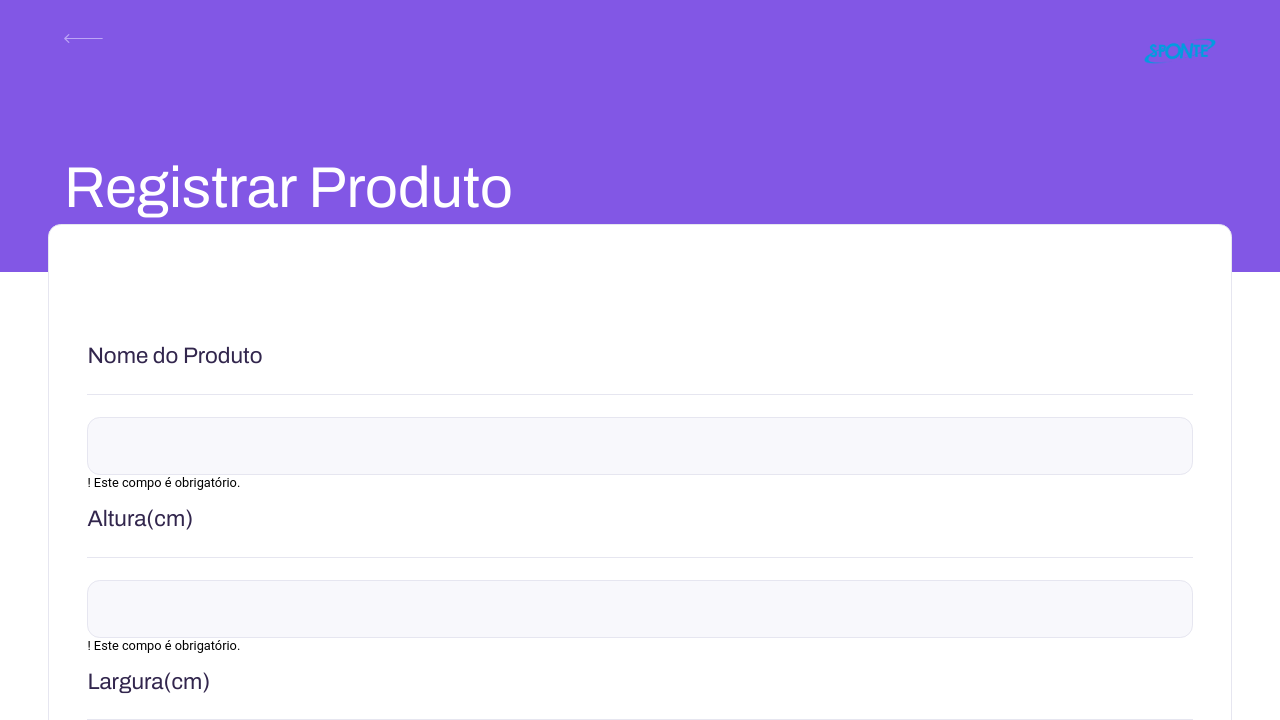
Repository: Henrique-Hoi-Dev/avalia-o-front-end
Page: /record-product (app in web/)
These files come from the project's save history. The page is drawn as it stood at one moment and after the next save; the edit follows.
The browser window is 1280 px wide. The pictures show the whole page.
An inner scrolling area shows only its first screen. The project was rebuilt for these pictures with package versions that can differ from the ones it lists, and the page was loaded fresh each time. Also part of the build but not shown: web/src/pages/Home/styles.js, web/src/pages/Home/index.js, web/src/components/HeaderList/styles.js, web/src/components/HeaderList/index.js, web/src/pages/ListProduct/styles.js, web/src/pages/ListProduct/index.js.

Above is the page before, as saved 2020-09-01 21:20:48.

### web/public/index.html
<!DOCTYPE html>
<html lang="en">
  <head>
    <meta charset="utf-8" />
    <link rel="icon" href="%PUBLIC_URL%/favicon.ico" />
    <meta name="viewport" content="width=device-width, initial-scale=1" />
    <meta name="theme-color" content="#000000" />
    <meta
      name="description"
      content="Web site created using create-react-app"
    />
    <link
      href="https://fonts.googleapis.com/css2?family=Archivo:ital,wght@0,400;1,700&family=Poppins&display=swap"
      rel="stylesheet"
    />

    <title>Controle de estoque</title>
  </head>
  <body>
    <noscript>You need to enable JavaScript to run this app.</noscript>
    <div id="root"></div>
  </body>
</html>

### web/src/App.js
import React from 'react';
import Routes from './routes';

import GlobalStyle from './styles/global';

function App() {
  return (
    <>
      <Routes />
      <GlobalStyle />
    </>
  );
}

export default App;

### web/src/routes.js
import React from 'react';
import { BrowserRouter, Route } from 'react-router-dom';

import Home from './pages/Home';
import ListProduct from './pages/ListProduct';
import RegistrationProduct from './pages/RegistrationProduct';

function Routes() {
  return (
    <BrowserRouter>
      <Route path="/" exact component={Home} />
      <Route path="/list" component={ListProduct} />
      <Route path="/record-product" component={RegistrationProduct} />
    </BrowserRouter>
  );
}

export default Routes;

### web/src/styles/global.js
import { createGlobalStyle } from 'styled-components';

export default createGlobalStyle`


  * {
    margin: 0;
    padding: 0;
    outline: 0;
    border: 0;
    box-sizing: border-box;
  }
  html, body, #root {
    height: 100%;
    overflow-x: hidden;
  }


  body {
    background: linear-gradient(-70deg #f0f0f7);
    -webkit-font-smoothing: antialiased !important;

  }

  body, input, button {

    font-size: 14px;
    font-family: 'Roboto', sans-serif;
  }

  button {
    cursor: pointer;
  }

  :root {

  --color-background: #f0f0f7;
  --color-primary-lighter: #9871f5;
  --color-primary-light: #916bea;
  --color-primary: #8257e5;
  --color-primary-dark: #774dd6;
  --color-primary-darker: #6842c2;
  --color-secundary: #04d361;
  --color-secundary-dark: #04bf58;
  --color-title-in-primary: #ffffff;
  --color-text-in-primary: #d4c2ff;
  --color-text-title: #32264d;
  --color-text-complement: #9c98a6;
  --color-text-base: #6a6180;
  --color-line-in-white: #e6e6f0;
  --color-input-background: #f8f8fc;
  --color-button-text: #ffffff;
  --color-box-base: #ffffff;
  --color-box-footer: #fafafc;
}
`;

### web/src/pages/RegistrationProduct/index.js
import React from 'react';
import { Formik, Field, Form } from 'formik';
import * as Yup from 'yup';

import { FcHighPriority } from 'react-icons/fc';
import { Container } from './styles';
import Header from '../../components/HeaderRecord';

const schema = Yup.object().shape({
  name: Yup.string()
    .required('! Este compo é obrigatório.')
    .max(100, '! No máximo 100 caracteres'),
  categoria: Yup.string()
    .email('! Este compo é obrigatório.')
    .required('! Este compo é obrigatório.'),
  altura: Yup.number().required('! Este compo é obrigatório.'),
  largura: Yup.number().required('! Este compo é obrigatório.'),
  comprimento: Yup.number().required('! Este compo é obrigatório.'),
  codigoDeBarra: Yup.number().required('! Este compo é obrigatório.'),
  peso: Yup.number().required('! Este compo é obrigatório.'),
  preço: Yup.number().required('! Este compo é obrigatório.'),
  categoria: Yup.string().required('! Este compo é obrigatório.'),
  diaDaSemana: Yup.string().required('! Este compo é obrigatório.'),
  horario: Yup.string().required('! Este compo é obrigatório.'),
});

function RegistrationProduct() {
  function onSubmit(values, actions) {
    console.log(values);
  }
  return (
    <Container>
      <Header />
      <div className="header-main">
        <Formik
          onSubmit={onSubmit}
          validationSchema={schema}
          validateOnMount
          initialValues={{
            name: '',
            categoria: 'celular',
            altura: '',
            largura: '',
            comprimento: '',
            codigoDeBarra: '',
            peso: '',
            preço: '',
            categoria: '',
            diaDaSemana: 'domingo',
            horario: '',
          }}
          render={({ values, errors }) => (
            <Form className="form-input">
              <div className="header-title">
                <label htmlFor="name">Nome do Produto</label>
                <Field name="name" type="text" />
                <span>{errors.name}</span>

                <label htmlFor="altura">Altura(cm)</label>
                <Field name="altura" type="number" />
                <span>{errors.altura}</span>

                <label htmlFor="largura">Largura(cm)</label>
                <Field name="largura" type="number" />
                <span>{errors.largura}</span>

                <label htmlFor="comprimento">Comprimento(cm)</label>
                <Field name="comprimento" type="number" />
                <span>{errors.comprimento}</span>

                <label htmlFor="codigoDeBarra">Código de barra</label>
                <Field name="codigoDeBarra" type="number" />
                <span>{errors.codigoDeBarra}</span>

                <label htmlFor="peso">Peso do produto(Kg)</label>
                <Field name="peso" type="number" />
                <span>{errors.peso}</span>

                <label htmlFor="preço">Preço(R$)</label>
                <Field name="preço" type="number" />
                <span>{errors.preço}</span>

                <label htmlFor="categoria">Categoria</label>
                <Field component="select" id="location" name="categoria">
                  <option value="celular">Celular</option>
                  <option value="tvs">Tvs</option>
                  <option value="notbook">Notbook</option>
                  <option value="acessorios">Acessórios</option>
                </Field>

                <label htmlFor="diaDaSemana">Dia da semana</label>
                <Field component="select" id="location" name="diaDaSemana">
                  <option value="domingo">Domingo</option>
                  <option value="segunda-feira">Segunda-feira</option>
                  <option value="terça-feira">Terça-feira</option>
                  <option value="quarta-feira">Quarta-feira</option>
                  <option value="quinta-feira">Quinta-feira</option>
                  <option value="sexta-feira">Sexta-feira</option>
                  <option value="sabado">Sábado</option>
                </Field>

                <label htmlFor="horario">Horário</label>
                <Field name="horario" type="time" />

                <label htmlFor="descriçao">Descrição</label>
                <textarea></textarea>
                <span>{errors.name}</span>
                <footer>
                  <p>
                    Importante! <br />
                    Preencha todos os dados
                    <FcHighPriority />
                  </p>
                  <button>Imagem</button>
                  <button type="submit">Salvar</button>
                </footer>
              </div>
            </Form>
          )}
        />
      </div>
    </Container>
  );
}

export default RegistrationProduct;

### web/src/pages/RegistrationProduct/styles.js
import styled from 'styled-components';
import { darken } from 'polished';

export const Container = styled.div`
  width: 100vw;
  height: 100vh;
  font-size: 0.8rem;

  .header-main {
    background: var(--color-box-base);
    width: 100%;
    max-width: 74rem;
    border: 0.1rem solid var(--color-line-in-white);
    border-radius: 0.8rem;
    margin: -3rem auto 3.2rem;
    padding-top: 6.4rem;
    overflow: hidden;
  }

  input,
  select {
    width: 100%;
    height: 3.6rem;
    border-radius: 0.8rem;
    background: var(--color-input-background);
    border: 1px solid var(--color-line-in-white);
    outline: 0;
    padding: 0 1.6rem;
    font: 1.6rem Archivo;
  }

  .form-input {
    border: 0;
    padding: 0 2.4rem;
    margin-top: 0.1rem;

    button {
      background: none;
      border: 0;
      margin: 1rem;
      color: var(--color-primary);
      font: 700 1.6rem Archivo;
      cursor: pointer;
      transition: color 0.2s;

      &:hover {
        color: ${darken(0.03, '#6842c2')};
      }
    }
  }

  .header-title {
    label {
      font: 700 1.4rem Archivo;
      color: var(--color-text-title);
      margin-bottom: 1.4rem;
      margin-top: 1rem;
      display: flex;
      align-items: center;
      justify-content: space-between;
      width: 100%;
      padding-bottom: 1.6rem;
      border-bottom: 1px solid var(--color-line-in-white);
    }

    textarea {
      width: 100%;
      min-height: 8rem;
      margin-top: 0.8rem;
      border-radius: 0.8rem;
      background: var(--color-input-background);
      border: 1px solid var(--color-line-in-white);
      outline: 0;
      resize: vertical;
      padding: 1.2rem 1.6rem;
      font: 1.6rem Archivo;
    }
    p {
      display: flex;
      align-items: center;
      font-size: 1.4rem;
      line-height: 2.4rem;
      color: var(--color-text-complement);
    }

    main {
      margin: 3.2rem auto;
      width: 90%;
    }

    footer {
      padding: 4rem 6.4rem;
      display: flex;
      align-items: center;
      justify-content: space-between;

      p {
        justify-content: space-between;
      }
    }
  }
`;

### web/src/components/HeaderRecord/index.js
import React from 'react';
import { Link } from 'react-router-dom';

import { PageHeader } from './styles';
import backIcon from '../../assets/back.svg';
import logo from '../../assets/logo.png';

function HeaderRecord() {
  return (
    <PageHeader>
      <div className="header">
        <Link to="/">
          <img src={backIcon} alt="voltar" />
        </Link>
        <img src={logo} alt="voltar" />
      </div>

      <div className="header-content">
        <h2>Registrar Produto</h2>
      </div>
    </PageHeader>
  );
}

export default HeaderRecord;

### web/src/components/HeaderRecord/styles.js
import styled from 'styled-components';

export const PageHeader = styled.div`
  display: flex;
  flex-direction: column;
  background-color: var(--color-primary);

  .header {
    width: 90%;
    margin: 0 auto;
    display: flex;
    justify-content: space-between;
    align-items: center;
    color: var(--color-text-in-primary);
    padding: 1.6rem 0;

    a {
      height: 3.2rem;
      transition: opacity 0.2s;

      :hover {
        opacity: 0.6;
      }
    }

    img {
      height: 1.6rem;
    }
  }

  .header-content {
    width: 90%;
    margin: 0 auto;
    position: relative;
    margin: 3.2rem auto;

    a {
      font: 700 3.6rem Archivo;
      line-height: 4.2rem;
      color: var(--color-title-in-primary);
    }

    h2 {
      font: 700 3.6rem Archivo;
      line-height: 4.2rem;
      color: var(--color-title-in-primary);
    }
  }
`;

Loaded but not shown: web/src/index.js (common file)

After the next save:
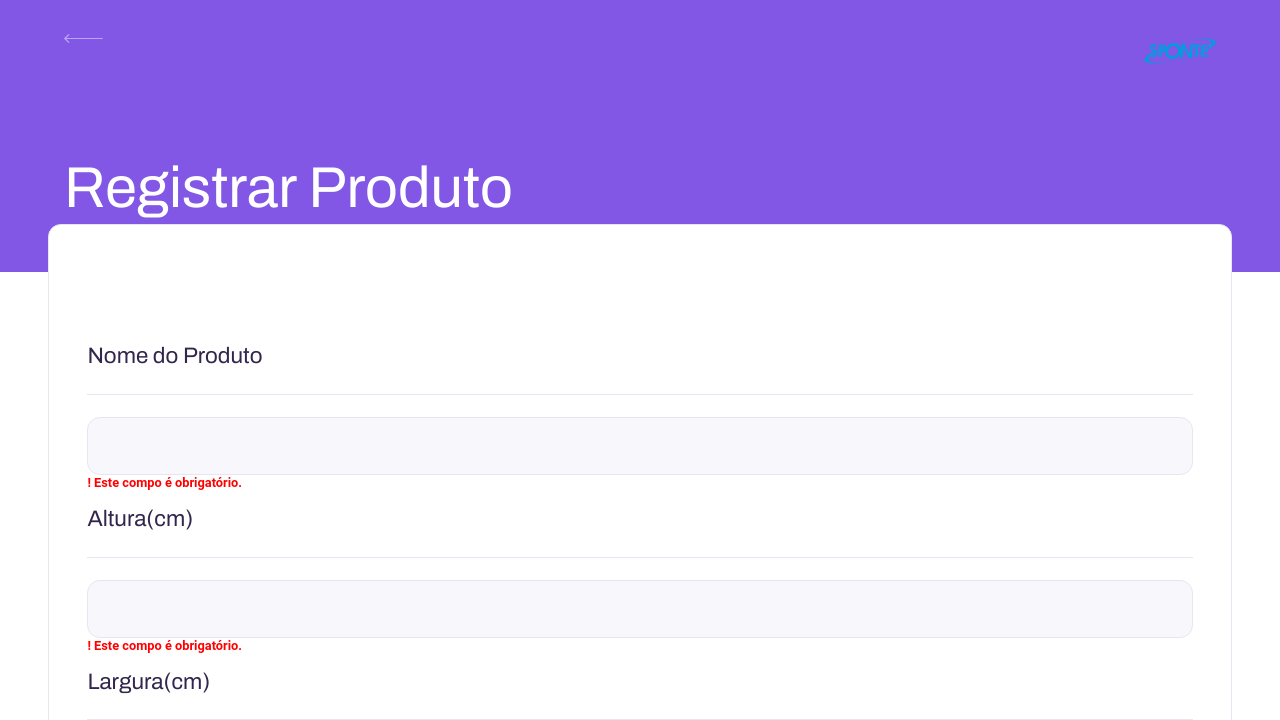
Saved 2 min 21 s later.
--- a/web/src/pages/RegistrationProduct/styles.js
+++ b/web/src/pages/RegistrationProduct/styles.js
@@ -83,6 +83,13 @@ export const Container = styled.div`
       color: var(--color-text-complement);
     }
 
+    span {
+      color: #ff0000;
+      align-self: flex-start;
+      margin: 0 0 10px;
+      font-weight: bold;
+    }
+
     main {
       margin: 3.2rem auto;
       width: 90%;
